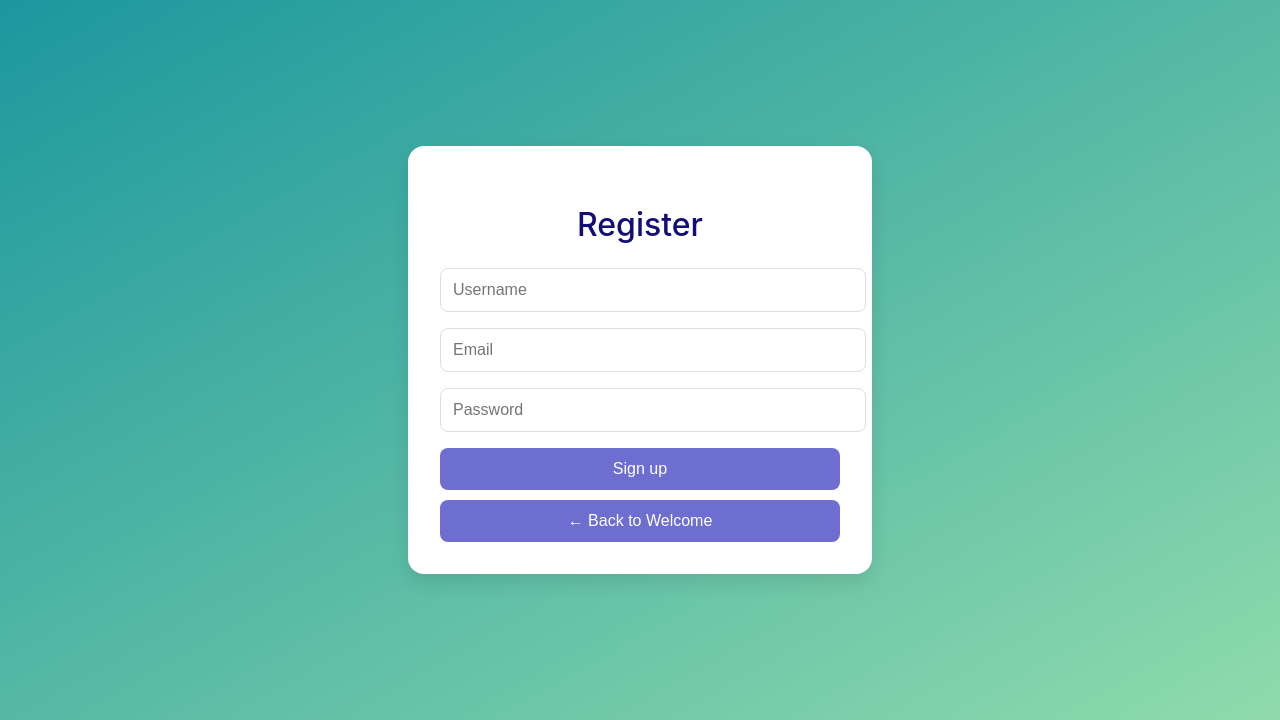
Repository: RachelB9913/smart-task-and-habit-tracker
Page: /register
These files come from the project's save history. The page is drawn as it stood at one moment and after a run of saves; the edit follows.
The browser window is 1280 px wide. The pictures show the whole page.
The project was rebuilt for these pictures with package versions that can differ from the ones it lists, and the page was loaded fresh each time. Also part of the build but not shown: src/components/welcome.js, src/services/api.js, src/components/Login.js, src/Dashboard.css, src/components/DashBoard.js, src/components/StatisticsPanel.css, src/components/StatisticsPanel.js, src/components/SchedulePlanner.js.

Above is the page before, as saved 2025-06-29 21:45:09.

### src/App.js
import { BrowserRouter as Router, Routes, Route } from 'react-router-dom';
import Welcome from './components/welcome';
import Login from './components/Login';
import Register from './components/Register';
import Dashboard from './components/DashBoard';
import SchedulePlanner from './components/SchedulePlanner';


function App() {
  return (
    <Router>
      <Routes>
        <Route path="/" element={<Welcome />} />
        <Route path="/login" element={<Login />} />
        <Route path="/register" element={<Register />} />
        <Route path="/dashboard" element={<Dashboard />} />
        <Route path="/schedule" element={<SchedulePlanner />} />
      </Routes>
    </Router>
  );
}

export default App;

### src/components/Register.js
import { useState, useEffect } from 'react';
import { useNavigate } from 'react-router-dom';
import PageWrapper from './PageWrapper';
import './Auth.css';

export default function Register() {
  const [formData, setFormData] = useState({
    username: '',
    email: '',
    password: ''
  });

  const navigate = useNavigate();

  const handleChange = (e) => {
    setFormData({ ...formData, [e.target.name]: e.target.value });
  };

  useEffect(() => {
    document.title = "Register - TaskMaster";
  }, []);

  const handleSubmit = async (e) => {
    e.preventDefault();
    try {
      const res = await fetch('/api/auth/register', {
        method: 'POST',
        headers: { 'Content-Type': 'application/json' },
        body: JSON.stringify(formData),
      });

      if (res.ok) {
        console.log('Registration successful');
        navigate('/login');
      } else {
        const error = await res.text();
        alert('Registration failed: ' + error);
      }
    } catch (err) {
      console.error('Registration error:', err);
      alert('Registration failed: ' + err.message);
    }
  };

  return (
    <div className="register-background">
      <PageWrapper direction="right">
        <div className="form-container">
          <form onSubmit={handleSubmit}>
            <h2>Register</h2>
            <input
              type="text"
              name="username"
              placeholder="Username"
              value={formData.username}
              onChange={handleChange}
              required
            />
            <input
              type="email"
              name="email"
              placeholder="Email"
              value={formData.email}
              onChange={handleChange}
              required
            />
            <input
              type="password"
              name="password"
              placeholder="Password"
              value={formData.password}
              onChange={handleChange}
              required
            />
            <div className="button-group">
              <button type="submit">Sign up</button>
              <button
                type="button"
                onClick={() => navigate('/')}
                className="w-full py-3 px-6 bg-indigo-600 text-white rounded-xl shadow hover:bg-indigo-700 transition duration-200"
              >
                ← Back to Welcome
              </button>
            </div>
          </form>
        </div>
      </PageWrapper>
    </div>
  );
}


// import { useState } from "react";
// import { useNavigate } from "react-router-dom";
// import './Auth.css';

// export default function Register() {
//   const [username, setUsername] = useState("");
//   const [email, setEmail] = useState("");
//   const [password, setPassword] = useState("");
//   const navigate = useNavigate();

//   const handleSubmit = async (e) => {
//     e.preventDefault();
//     try {
//       const res = await fetch("/api/auth/register", {
//         method: "POST",
//         headers: { "Content-Type": "application/json" },
//         body: JSON.stringify({ username, email, password }),
//       });

//       if (res.ok) {
//         console.log("Registration successful");
//         navigate("/login");
//       } else {
//         const error = await res.text();
//         alert("Registration failed: " + error);
//       }
//     } catch (err) {
//       console.error("Registration error:", err);
//     }
//   };

//   return (
//     <div className="auth-container">
//       <h2>Register</h2>
//       <form onSubmit={handleSubmit} className="auth-form">
//         <input type="text" placeholder="Username" value={username} onChange={e => setUsername(e.target.value)} required />
//         <input type="email" placeholder="Email" value={email} onChange={e => setEmail(e.target.value)} required />
//         <input type="password" placeholder="Password" value={password} onChange={e => setPassword(e.target.value)} required />
//         <button type="submit">Sign up</button>
//       </form>
//       <button onClick={() => navigate("/")}>← Back to Welcome</button>
//     </div>
//   );
// }

### src/App.css
html, body, #root {
  height: 100%;
  margin: 0;
  padding: 0;
  box-sizing: border-box;
}

form input {
  width: 100%;
  padding: 0.75rem;
  margin-bottom: 1rem;
  border: 1px solid #ddd;
  border-radius: 0.5rem;
  font-size: 1rem;
  transition: border-color 0.2s;
}

form input:focus {
  border-color: #6366f1; /* Indigo */
  outline: none;
}

form button,
.form-container button {
  width: 100%;
  padding: 0.75rem;
  font-size: 1rem;
  color: white;
  background-color: #6d6ed0; /* Indigo */
  border: none;
  border-radius: 0.5rem;
  cursor: pointer;
  transition: background-color 0.2s;
}

form button:hover,
.form-container button:hover {
  background-color: #4f46e5; /* Darker Indigo */
}

.form-container {
  max-width: 400px;
  margin: 100px auto;
  padding: 2rem;
  background-color: white;
  border-radius: 1rem;
  box-shadow: 0 8px 20px rgba(0, 0, 0, 0.1);
  text-align: center;
}

h2 {
  margin-bottom: 1.5rem;
  color: #130e77;
  font-size: 2rem;
  font-weight: 500;

}

.welcome-root {
  font-family: 'Manrope', 'Noto Sans', sans-serif;
  background: linear-gradient(to bottom, hsl(143, 51%, 71%), #1c979e);
  color: #111418;
  min-height: 100vh;
  display: flex;
  flex-direction: column;
}

.welcome-header {
  display: flex;
  justify-content: space-between;
  align-items: center;
  padding: 0rem 2rem;
  border-bottom: 1px solid #030f21;
  background-color: rgb(255, 255, 255);
}

.logo-area {
  display: flex;
  align-items: center;
  gap: 0.5rem;
}

.nav-links, .nav-actions {
  display: flex;
  gap: 1rem;
  align-items: center;
}

.nav-links a, .footer a {
  text-decoration: none;
  font-weight: 500;
  color: #111418;
}

.nav-actions button {
  padding: 0.5rem 1rem;
  border-radius: 8px;
  border: none;
  font-weight: bold;
  cursor: pointer;
}

/* top buttons */
.nav-actions button:first-child {
  background: #0c7ff2;
  color: white;
}

.nav-actions button:first-child:hover {
  background: #0361bf; /* new hover color */
  color: #e3e3e3;      /* optional: change text color on hover */
}

.nav-actions button:last-child {
  background: #f0f2f5;
  color: #111418;
}

.nav-actions button:last-child:hover {
  background: #b5b8bd; /* new hover color */
  color: #0c7ff2;      /* optional: change text color on hover */
}

.welcome-hero {
  background: transparent;
  padding: 3rem 2rem;
  text-align: center;
  color: rgb(1, 0, 9);
}

.welcome-hero h1 {
  font-size: 2.5rem;
  font-weight: 800;
}

.hero-actions {
  margin-top: 2rem;
  display: flex;
  justify-content: center;
  gap: 1rem;
}

.hero-actions button {
  padding: 0.75rem 1.5rem;
  font-weight: bold;
  border-radius: 8px;
  border: none;
  cursor: pointer;
}

/* center buttons */
.hero-actions button:first-child {
  background-color: #0c7ff2;
  color: white;
}

.hero-actions button:first-child:hover {
  background-color: #0c7ff2;
  color: white;
  border: #0d1101 1px solid;
}

.hero-actions button:last-child {
  background-color: #f0f2f5;
  color: #111418;
}

.hero-actions button:last-child:hover {
  background-color: #f0f2f5;
  color: #111418;
  border: #0d1101 1px solid;
}

.features {
  padding: 3rem 2rem;
  text-align: center;
}

.feature-cards {
  display: flex;
  gap: 1rem;
  flex-wrap: wrap;
  justify-content: center;
  margin-top: 2rem;
}

.feature-card {
  background: white;
  padding: 1.5rem;
  border-radius: 12px;
  border: 1px solid #052246;
  max-width: 300px;
  text-align: left;
  text-align: center;
  box-shadow: 0 4px 10px rgba(0, 0, 0, 0.5);

}

.footer {
  text-align: center;
  padding: 2rem;
  font-size: 1.1rem;
  color: #0d1101;
}

.register-background {
  background: linear-gradient(to left top, hsl(143, 51%, 71%), #1c979e);
  min-height: 100vh;
  display: flex;
  align-items: center;
  justify-content: center;
}

.login-background {
  background: linear-gradient(to right bottom, hsl(143, 51%, 71%), #1c979e);
  min-height: 100vh;
  display: flex;
  align-items: center;
  justify-content: center;
}

### src/components/PageWrapper.js
// src/components/PageWrapper.js
import { motion } from 'framer-motion';

export default function PageWrapper({ children, direction = 'left' }) {
  const variants = {
    initial: {
      x: direction === 'left' ? '-100vw' :
         direction === 'right' ? '100vw' : 0,
      y: direction === 'down' ? '-100vh' : 0,
      opacity: 0,
    },
    animate: {
      x: 0,
      y: 0,
      opacity: 1,
      transition: { type: 'spring', stiffness: 60, damping: 20 },
    },
    exit: {
      x: direction === 'left' ? '100vw' :
         direction === 'right' ? '-100vw' : 0,
      y: direction === 'down' ? '100vh' : 0,
      opacity: 0,
      transition: { duration: 0.3 },
    },
  };

  return (
    <motion.div
      initial="initial"
      animate="animate"
      exit="exit"
      variants={variants}
      style={{ width: '100%' }}
    >
      {children}
    </motion.div>
  );
}

### src/components/Auth.css
.auth-container {
  max-width: 400px;
  margin: 60px auto;
  padding: 2rem;
  background-color: #f8f9fa;
  border-radius: 12px;
  box-shadow: 0 2px 10px rgba(0, 0, 0, 0.1);
}

.auth-form {
  display: flex;
  flex-direction: column;
  gap: 1rem;
}

.auth-form input {
  padding: 0.75rem;
  border-radius: 8px;
  border: 1px solid #ccc;
  font-size: 1rem;
}

.auth-form button {
  padding: 0.75rem;
  background-color: #007bff;
  color: white;
  border: none;
  border-radius: 8px;
  font-size: 1rem;
  cursor: pointer;
}

.auth-form button:hover {
  background-color: #0056b3;
}


.dashboard-header {
  display: flex;
  justify-content: flex-end;
  padding: 20px;
}

.dashboard-header button {
  padding: 10px 16px;
  background-color: #ef4444; /* red */
  color: white;
  border: none;
  border-radius: 8px;
  font-weight: bold;
  cursor: pointer;
}

.dashboard-header button:hover {
  background-color: #ad2626;
}

.button-group {
  display: flex;
  flex-direction: column;
  gap: 10px; /* Adjust the space between buttons */
}

### src/components/SchedulePlanner.css
.stats-wrapper {
  display: flex;
  flex-direction: column;
  gap: 1.5rem;
  align-items: center;
  padding: 1rem;
}

.quote-panel {
  background-color: #fdf7ff;
  color: mediumvioletred;
  padding: 1.5rem;
  border-radius: 16px;
  text-align: center;
  box-shadow: 0 4px 12px rgba(0, 0, 0, 0.08);
  font-size: 1.2rem;
  font-style: italic;
  display: flex;
  justify-content: center;
  align-items: center;
  min-height: 85px;
  width: 100%;
  max-width: 220px;
}

.quote-panel:hover {
  color: #1f16cd;
}

.stats-wrapper .stats-panel {
  width: 100%;
  max-width: 220px;
}

.planner-container {
  display: flex;
  align-items: stretch;
  height: auto;
  min-height: calc(var(--row-count) * var(--cell-height));
  font-family: 'Manrope', sans-serif;
}

.task-sidebar {
  flex-shrink: 0;
  width: 200px;
  background: white;
  padding: 1rem;
  box-shadow: 2px 0 8px rgba(0,0,0,0.3);
  border-radius: 1rem;
  margin: 1rem;
  height: fit-content;
}

.task-item {
  background: hsl(210, 34%, 76%);
  color: #031d3e;
  margin: 0.5rem 0;
  padding: 0.6rem;
  border-radius: 10px;
  font-weight: 600;
  box-shadow: 0 2px 4px rgba(0,0,0,0.1);
}

:root {
  --cell-height: 62px;
}

.calendar-grid {
  display: grid;
  grid-template-rows: repeat(var(--row-count), 1fr);
  height: calc(var(--row-count) * var(--cell-height));
  flex: 1;
  overflow: auto;
  margin: 1rem;
  border-radius: 1rem;
  background: rgb(240, 240, 240);
  box-shadow: 0 0 12px rgba(0, 0, 0, 0.1);
}


.grid-header {
  display: grid;
  grid-template-columns: 80px repeat(7, 1fr); /* hour + 7 days */
  background: #cfe2ff;
  font-weight: bold;
  border-bottom: 1px solid #ccc;
}

.grid-body .row {
  display: grid;
  grid-template-columns: 80px repeat(7, 1fr); /* same as above */
  border-bottom: 1px solid #eee;
}

.cell {
  height: auto;
  padding: 0.5rem;
  border-right: 1px solid #ccc;
  overflow: hidden;
}

.hour-cell {
  display: flex;
  align-items: center;
  justify-content: center;
  background: #f9f9f9;
  font-weight: bold;
  border-right: 1px solid #ccc;
}

.time-slot {
  background-color: #c5b0b0;
  border-radius: 6px;
  height: 56px;
  display: flex;
  justify-content: center;
  align-items: center;
  padding: 0;
}

.time-slot:hover {
  background-color: #e7f5ff;
  cursor: pointer;
}

.day-cell {
  display: flex;
  align-items: center;
  justify-content: center;
  text-align: center;
  background: #cfe2ff;
  border-right: 1px solid #ccc;
  height: 56px;
  font-weight: 600;
}

.scheduled-task {
  display: flex;
  flex-direction: column;
  background-color: #a8dadc;
  border: 1px solid #3dbd19;
  padding: 2px 6px;
  border-radius: 6px;
  font-weight: 500;
  font-size: 0.8rem;
  text-align: center;
  display: flexbox;
  justify-content: space-between;
  align-items: center;
  overflow: hidden;
  text-overflow: ellipsis;
}

.scheduled-task.habit-task {
  background-color: #a8dadc;
  border: 1px solid #7e2fbe;
  padding: 2px 5px;
  border-radius: 6px;
  font-weight: 500;
  font-size: 0.8rem;
  text-align: center;
  display: flexbox;
  justify-content: space-between;
  align-items: center;
  overflow: hidden;
  text-overflow: ellipsis;
}

.done-task {
  background-color: #90ee90 !important; /* light green for done tasks */
  border: 1px solid #3dbd19 !important;
}

.remove-btn {
  background: none;
  border: none;
  color: #d00000;
  font-size: 0.8rem;
  cursor: pointer;
  margin-left: 0rem;
  margin-right: 0.6rem;
}

.grayed-out {
  opacity: 0.5;
  pointer-events: none;
}

.save-button {
  margin-bottom: 1rem;
  padding: 0.5rem 1rem;
  background-color: #2ecbb1;
  color: white;
  border: none;
  border-radius: 6px;
  font-weight: bold;
  cursor: pointer;
  transition: background-color 0.2s ease;
}

.save-button:hover {
  background-color: #137969;
}

.save-button-container {
  display: flex;
  justify-content: center;
  margin-bottom: 1rem;
}

.mark-done-btn {
  background: none;
  border: none;
  color: green;
  font-size: 1rem;
  cursor: pointer;
}

.vertical-buttons {
  display: flex;
  flex-direction: column;
  gap: 5px;
}

.habit-icons {
  margin: 0;
  padding: 0;
  border: none;
  display: flex;
  flex-wrap: wrap;
  gap: 0;
  justify-content: center;
}

.duplicate-btn {
  gap: 0;
  background: none;
  border: none;
  font-size: 1rem;
  cursor: pointer;
}

.modal-overlay {
  position: fixed;
  top: 0;
  left: 0;
  width: 100%;
  height: 100%;
  backdrop-filter: blur(6px);
  background-color: rgba(0, 0, 0, 0.3);
  display: flex;
  align-items: center;
  justify-content: center;
  z-index: 1000;
  padding: 1rem;
}

.modal-content {
  background-color: white;
  padding: 2rem;
  border-radius: 12px;
  box-shadow: 0 8px 24px rgba(0, 0, 0, 0.2);
  text-align: center;
  animation: fadeIn 0.3s ease;
  min-width: 15vw;
  max-width: 70vw;
  min-height: 100px;
  padding: 2rem;
  font-size: larger;
}

@media (max-width: 600px) {
  .modal-content {
    min-width: 90vw;
    padding: 0.5rem;
  }
}

.modal-buttons {
  margin-top: 1rem;
  display: flex;
  justify-content: space-around;
  gap: 1rem;
}

.confirm-btn, .cancel-btn {
  padding: 0.6rem 1.2rem;
  border-radius: 8px;
  border: none;
  cursor: pointer;
  font-size: medium;
  font-weight: bold;
  transition: background-color 0.2s ease;
}

.confirm-btn {
  background-color: #4CAF50;
  color: white;
  font-weight: lighter;
}

.cancel-btn {
  background-color: #f44336;
  color: white;
  font-weight: lighter;
}

.confirm-btn:hover {
  background-color: #45a049;
}

.cancel-btn:hover {
  background-color: #d32f2f;
}

@keyframes fadeIn {
  from { opacity: 0; transform: scale(0.9); }
  to { opacity: 1; transform: scale(1); }
}

.stat-circle.full-gold {
  background-color: gold;
  border-radius: 50%;
  padding: 0.3rem;
}

@media (max-width: 900px) {
  .planner-container {
    flex-direction: column;
    height: auto;
  }
  .task-sidebar, .calendar-grid {
    max-width: 100%;
    margin: 0.5rem 0;
  }
  .stats-panel {
    width: 100%;
    max-width: 230px;
    min-width: 180px;
    box-sizing: border-box;
  }
}

Loaded but not shown: public/index.html (common file); src/index.js (common file); src/index.css (common file); src/reportWebVitals.js (common file)

After the next 2 saves:
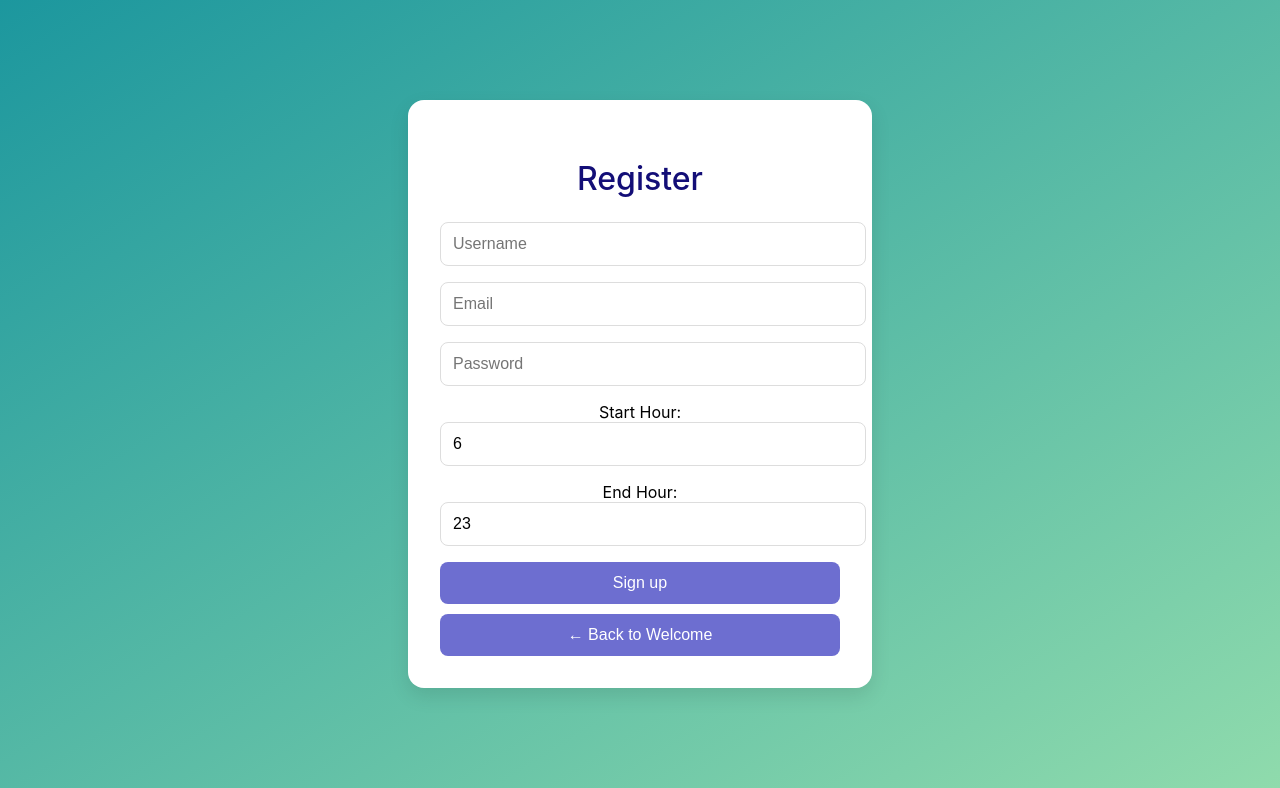
The 2 saves are shown as one change because 1 did not build or start.
The last was saved 16 h 26 min later.
--- a/src/components/Register.js
+++ b/src/components/Register.js
@@ -7,13 +7,20 @@ export default function Register() {
   const [formData, setFormData] = useState({
     username: '',
     email: '',
-    password: ''
+    password: '',
+    startHour: 6,
+    endHour: 23
   });
 
   const navigate = useNavigate();
 
   const handleChange = (e) => {
-    setFormData({ ...formData, [e.target.name]: e.target.value });
+    const { name, value } = e.target;
+
+    // Automatically convert number fields to numbers
+    const parsedValue = (name === "startHour" || name === "endHour") ? Number(value) : value;
+
+    setFormData({ ...formData, [name]: parsedValue });
   };
 
   useEffect(() => {
@@ -48,6 +55,7 @@ export default function Register() {
         <div className="form-container">
           <form onSubmit={handleSubmit}>
             <h2>Register</h2>
+
             <input
               type="text"
               name="username"
@@ -56,6 +64,7 @@ export default function Register() {
               onChange={handleChange}
               required
             />
+
             <input
               type="email"
               name="email"
@@ -64,6 +73,7 @@ export default function Register() {
               onChange={handleChange}
               required
             />
+
             <input
               type="password"
               name="password"
@@ -72,6 +82,31 @@ export default function Register() {
               onChange={handleChange}
               required
             />
+
+            <label>
+              Start Hour:
+              <input
+                type="number"
+                name="startHour"
+                min="0"
+                max="23"
+                value={formData.startHour}
+                onChange={handleChange}
+              />
+            </label>
+
+            <label>
+              End Hour:
+              <input
+                type="number"
+                name="endHour"
+                min="0"
+                max="23"
+                value={formData.endHour}
+                onChange={handleChange}
+              />
+            </label>
+
             <div className="button-group">
               <button type="submit">Sign up</button>
               <button
@@ -88,49 +123,3 @@ export default function Register() {
     </div>
   );
 }
-
-
-// import { useState } from "react";
-// import { useNavigate } from "react-router-dom";
-// import './Auth.css';
-
-// export default function Register() {
-//   const [username, setUsername] = useState("");
-//   const [email, setEmail] = useState("");
-//   const [password, setPassword] = useState("");
-//   const navigate = useNavigate();
-
-//   const handleSubmit = async (e) => {
-//     e.preventDefault();
-//     try {
-//       const res = await fetch("/api/auth/register", {
-//         method: "POST",
-//         headers: { "Content-Type": "application/json" },
-//         body: JSON.stringify({ username, email, password }),
-//       });
-
-//       if (res.ok) {
-//         console.log("Registration successful");
-//         navigate("/login");
-//       } else {
-//         const error = await res.text();
-//         alert("Registration failed: " + error);
-//       }
-//     } catch (err) {
-//       console.error("Registration error:", err);
-//     }
-//   };
-
-//   return (
-//     <div className="auth-container">
-//       <h2>Register</h2>
-//       <form onSubmit={handleSubmit} className="auth-form">
-//         <input type="text" placeholder="Username" value={username} onChange={e => setUsername(e.target.value)} required />
-//         <input type="email" placeholder="Email" value={email} onChange={e => setEmail(e.target.value)} required />
-//         <input type="password" placeholder="Password" value={password} onChange={e => setPassword(e.target.value)} required />
-//         <button type="submit">Sign up</button>
-//       </form>
-//       <button onClick={() => navigate("/")}>← Back to Welcome</button>
-//     </div>
-//   );
-// }
